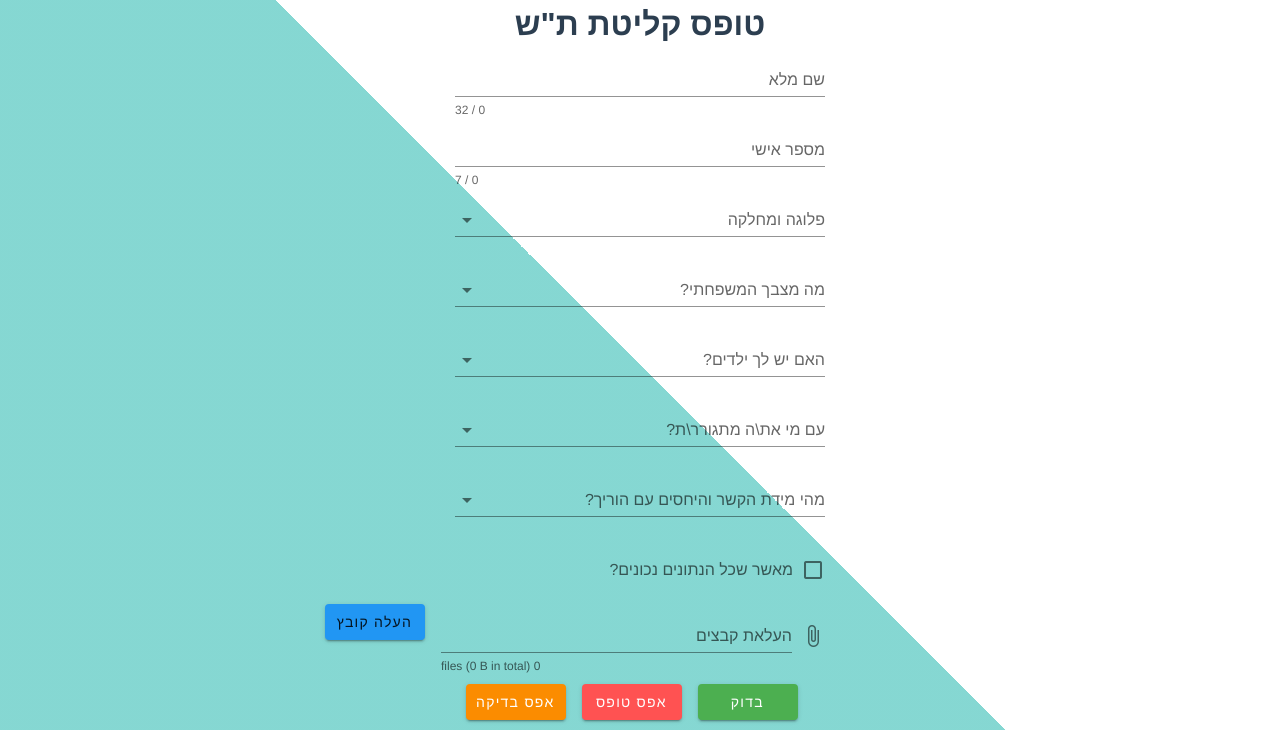
Repository: Natanhel/klitat-tash
Page: /
These files come from the project's save history. The page is drawn as it stood at one moment and after the next save; the edit follows.
The browser window is 1280 px wide. The pictures show the whole page.
The page's requests for data from a server got no answer. The project was rebuilt for these pictures with package versions that can differ from the ones it lists, and the page was loaded fresh each time. No one was signed in, and anything a server would have sent is missing. Also part of the build but not shown: vue.config.js.

Above is the page before, as saved 2020-12-01 18:10:19.

### src/App.vue
<template>
  <div id="app">
    <v-app>

      <h1>טופס קליטת ת"ש</h1>

      <v-form
        ref="form"
        v-model="valid"
        lazy-validation
      >
        <v-text-field
          v-model="name"
          :counter="32"
          :rules="nameRules"
          label="שם מלא"
          required
        ></v-text-field>

        <v-text-field
          v-model="pernr"
          :counter="7"
          :rules="pernrRules"
          label="מספר אישי"
          required
        ></v-text-field>

        <v-select
          v-model="select"
          :items="items"
          :rules="[v => !!v || 'נדרש להזין פלוגה ומחלקה']"
          label="פלוגה ומחלקה"
          required
        ></v-select>

        <v-select
          v-model="select"
          :items="familyItems"
          :rules="[v => !!v || 'נדרש להזין מצב משפחתי']"
          label="מה מצבך המשפחתי?"
          required
        ></v-select>

        <v-select
          v-model="select"
          :items="haveKidsItems"
          :rules="[v => !!v || 'נדרש להזין']"
          label="האם יש לך ילדים?"
          required
        ></v-select>

        <v-select
          v-model="select"
          :items="livingWithItems"
          :rules="[v => !!v || 'נדרש להזין']"
          label="עם מי את\ה מתגורר\ת?"
          required
        ></v-select>

        <v-select
          v-model="select"
          :items="parentsStatusItems"
          :rules="[v => !!v || 'נדרש להזין']"
          label="מהי מידת הקשר והיחסים עם הוריך?"
          required
        ></v-select>

        <v-checkbox
          v-model="checkbox"
          :rules="[v => !!v || 'עליך לאשר על מנת להמשיך!']"
          label="מאשר שכל הנתונים נכונים?"
          required
        ></v-checkbox>

      <div class="upload">

        <v-file-input v-model="files" show-size counter  chips label="העלאת קבצים"></v-file-input>

        <v-btn
          color="blue"
          class="mr-4"
          @click="uploadFile"
        >
          העלה קובץ
        </v-btn>
      </div>
      <div class="btn-group">
        <v-btn
          :disabled="!valid"
          color="success"
          class="mr-4"
          @click="validate"
        >
          בדוק
        </v-btn>

        <v-btn
          color="error"
          class="mr-4"
          @click="reset"
        >
          אפס טופס
        </v-btn>

        <v-btn
          color="warning"
          class="mr-4"
          @click="resetValidation"
        >
          אפס בדיקה
        </v-btn>
      </div>

      </v-form>
    </v-app>
  </div>
</template>

<script>
import axios from 'axios';

export default {
  name: 'App',
  mounted(){
    // login
    const data = JSON.stringify({"password":"passward","email":"natanhelp@gmail.com"});

    const config = {
      method: 'post',
      url: 'https://nat-task-manager.herokuapp.com/users/login',
      headers: {
        'Content-Type': 'application/json'
      },
      data : data
    };

    axios(config)
      .then((response) => {
        this.userToken = response.data.token
      })
      .catch((error) => {
        console.log(error);
      })
  },

  data: () => ({
    userToken: '',
    files: null,
    valid: true,
    name: '',
    nameRules: [
      v => !!v || 'נדרש להזין שם',
      v => !(v && v.length <= 4) || 'על השם להיות ארוך מ-4 תווים',
    ],
    pernr: '',
    pernrRules: [
      v => !!v || 'נדרש להזין מספר אישי',
      v => !(v.length !== 7) || 'על המספר להיות בדיוק 7 תווים'
    ],
    select: null,
    items: [
      'ו1',
      'ו2',
      'ו3',
      'ו4',
      'ו5',
    ],
    familyItems: [
      'רווק/ה',
      'נשוי/ה',
      'גרוש/ה'
    ],
    haveKidsItems: [
      'כן', 'לא'
    ],
    livingWithItems: [
      'מתוגרר/ת עם ההורים (אחד מהם לפחות)',
      'איני מתגורר/ת עם ההורים'
    ],
    parentsRelationsItems: [
      'בקשר עם שניהם ויחסים תקינים',
      'בקשר וביחסיפ תקינים (רק עם אחד מהם)',
      'בקשר עם שניהם/אחד מהם ומערכת יחסים רעועה',
      'לא בקשר בכלל'
    ],
    parentsStatusItems: [
      'נשואים',
      'גרושים',
      'פרודים',
      'אלמנ/ה',
      'רווק/ה'
    ],
    checkbox: false,
  }),
  methods: {
    validate () {
      this.$refs.form.validate()
    },
    reset () {
      this.$refs.form.reset()
    },
    resetValidation () {
      this.$refs.form.resetValidation()
    },
    async uploadFile() {
      var FormData = require('form-data');
      var data = new FormData();
      const buffer = await this.files.arrayBuffer()

      data.append('avatar', buffer)

      var config = {
        method: 'post',
        url: 'https://nat-task-manager.herokuapp.com/users/me/avatar',
        headers: {
          'Authorization': 'Bearer ' + this.userToken,
          ...data
        },
        data : data
      }

      axios(config)
      .then(function (response) {
        console.log(JSON.stringify(response.data));
      })
      .catch(function (error) {
        console.log(error);
      })
    }
  },
}
</script>

<style>
#app {
  font-family: Avenir, Helvetica, Arial, sans-serif;
  -webkit-font-smoothing: antialiased;
  -moz-osx-font-smoothing: grayscale;
  text-align: center;
  color: #2c3e50;
  margin-top: 60px;
}

form
{
  width: 370px;
}

#app
{
  padding: 0; margin: 0;
  display: flex;
  align-items: center;
  justify-content: center;
  background-color: transparent;
}

.v-btn
{
  width: 100px;
}

.btn-group{
  width: 100%;
  padding: 10px;
}

.upload
{
  display: flex;
  flex-direction: row;
  width: 500px;
}
html
{
  background: rgb(13,176,166);
background: linear-gradient(45deg, rgba(13,176,166,0.5) 50%, rgba(255,255,255,1) 50%  );
}
</style>

### src/plugins/vuetify.js
import Vue from 'vue';
import Vuetify from 'vuetify/lib';

Vue.use(Vuetify);

export default new Vuetify({
    rtl: true,
});

Loaded but not shown: public/index.html (common file); src/main.js (common file)

After the next save:
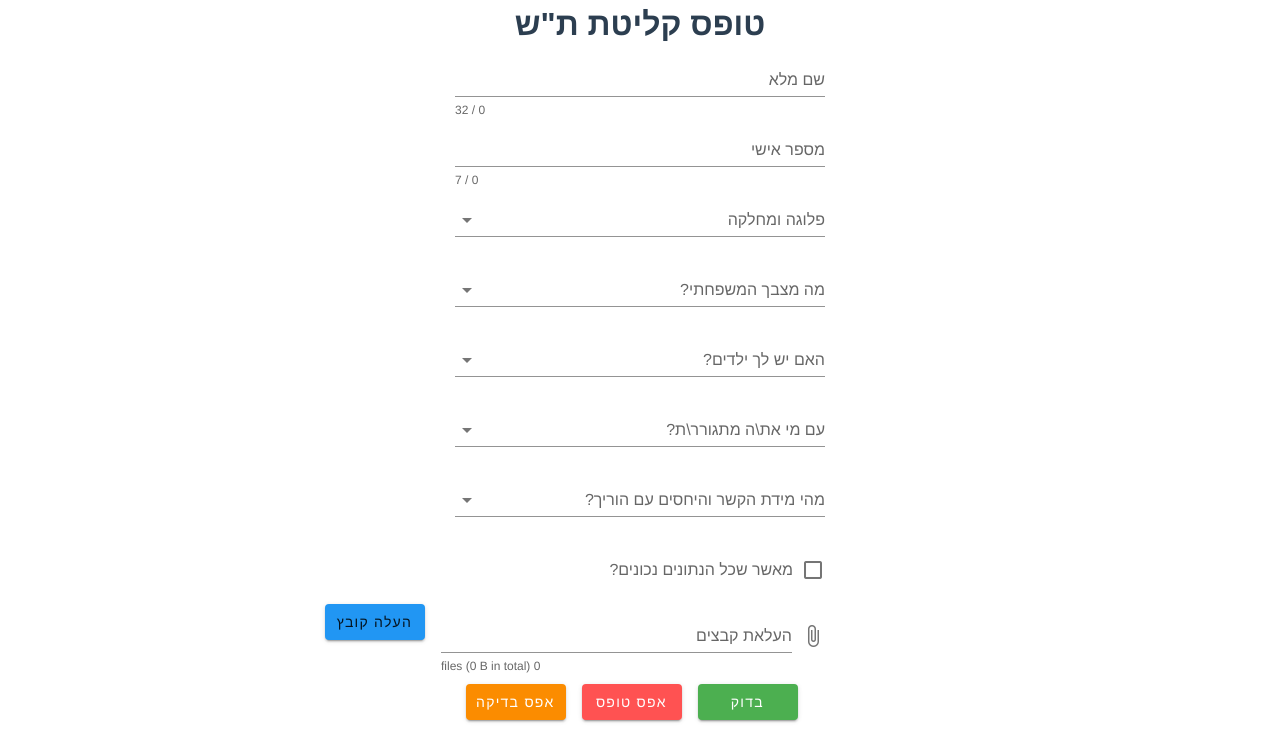
Saved 6 s later.
--- a/src/App.vue
+++ b/src/App.vue
@@ -273,7 +273,7 @@ form
 }
 html
 {
-  background: rgb(13,176,166);
-background: linear-gradient(45deg, rgba(13,176,166,0.5) 50%, rgba(255,255,255,1) 50%  );
+  /* background: rgb(13,176,166);
+background: linear-gradient(45deg, rgba(13,176,166,0.5) 50%, rgba(255,255,255,1) 50%  ); */
 }
 </style>
